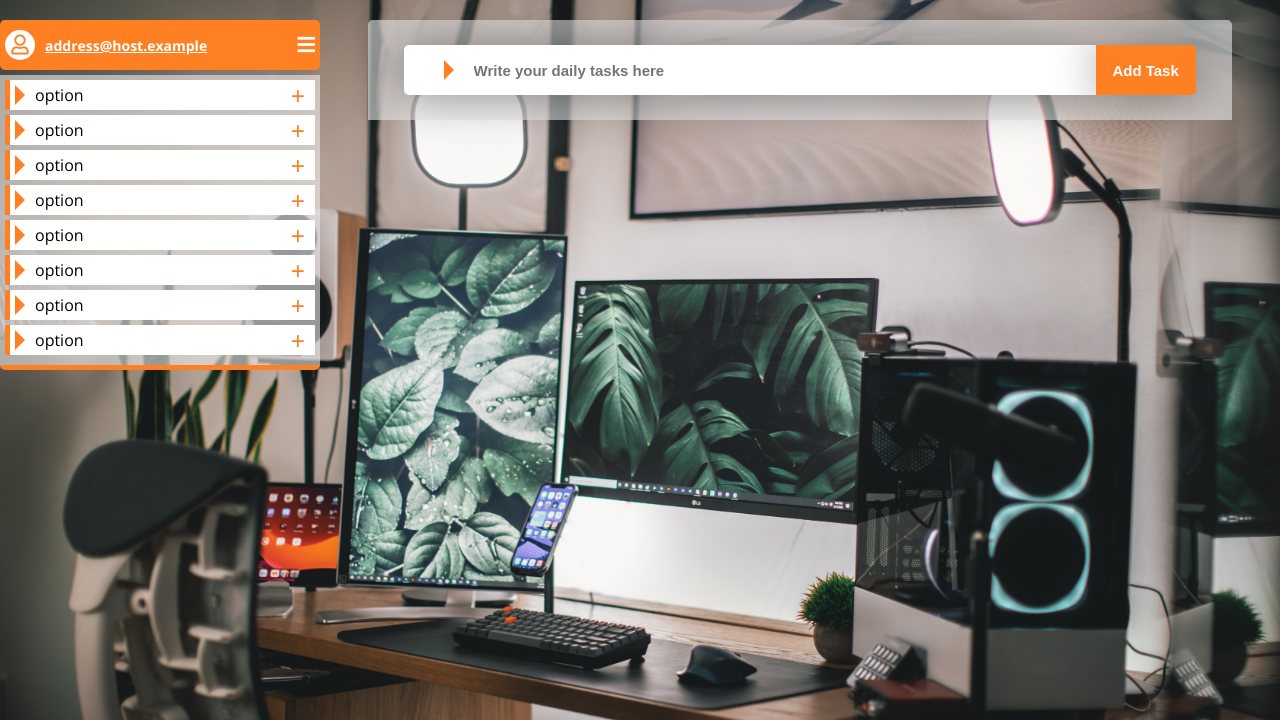
Repository: OmarEssameldinMousa/To-do-list-level01
Page: index.html
The author's editor kept a copy of each file at every save. The page is drawn from the files as they stood at one save, then again after the next save.
The browser window is 1280 px wide. The pictures show the whole page.

Above is the page before, as saved 2023-08-10 01:08:16.

### index.html
<!DOCTYPE html>
<html lang="en">

<head>
    <meta charset="UTF-8">
    <meta name="viewport" content="width=device-width, initial-scale=1.0">
    <title>ToDo</title>
    <link rel="stylesheet" href="main.css">
    <link rel="preconnect" href="https://fonts.gstatic.com" />
    <link rel="stylesheet" href="css/all.min.css">
    <link href="https://fonts.googleapis.com/css2?family=Open+Sans:wght@400;700&display=swap" rel="stylesheet" />
</head>

<body>
    <div class="dashboard">
        <div class="nav">
            <div class="navigation">
                <div class="profile">
                    <div class="profile-pic">
                        <i class="fa-regular fa-user"></i>
                    </div>
                    <h3>address@host.example</h3>
                    <i class="fa-solid fa-bars" style="color: #ffffff;"></i>
                </div>
                <ul>
                    <li>
                        <span class="toggle"></span>
                        <span class="title">option</span>
                        <i class="fa-solid fa-plus"></i>
                    </li>
                    <li>
                        <span class="toggle"></span>
                        <span class="title">option</span>
                        <i class="fa-solid fa-plus"></i>
                    </li>
                    <li>
                        <span class="toggle"></span>
                        <span class="title">option</span>
                        <i class="fa-solid fa-plus"></i>
                    </li>
                    <li>
                        <span class="toggle"></span>
                        <span class="title">option</span>
                        <i class="fa-solid fa-plus"></i>
                    </li>
                    <li>
                        <span class="toggle"></span>
                        <span class="title">option</span>
                        <i class="fa-solid fa-plus"></i>
                    </li>
                    <li>
                        <span class="toggle"></span>
                        <span class="title">option</span>
                        <i class="fa-solid fa-plus"></i>
                    </li>
                    <li>
                        <span class="toggle"></span>
                        <span class="title">option</span>
                        <i class="fa-solid fa-plus"></i>
                    </li>
                    <li>
                        <span class="toggle"></span>
                        <span class="title">option</span>
                        <i class="fa-solid fa-plus"></i>
                    </li>
                </ul>
            </div>
        </div>
        <div class="workstation">
            <div class="container">
                <div class="form">
                    <div>
                        <span></span>
                        <input type="text" class="input" placeholder="Write your daily tasks here">
                    </div>
                    <input type="submit" class="add" value="Add Task">
                </div>
                <!-- separator -->
                <div class="tasks">
                    <div class="tasks-numbers">

                    </div>
                    <div class="tasks-container">

                    </div>
                </div>
            </div>
        </div>
    </div>
    <script src="main.js"></script>
</body>

</html>

### main.css
:root {
    --main-color: rgba(235, 235, 235, 0.6);
    --secondery-color: #ff7f23;
}

* {
    -webkit-box-sizing: border-box;
    -moz-box-sizing: border-box;
    box-sizing: border-box;
    padding: 0;
    margin: 0;
}

body {
    font-family: "Open Sans", sans-serif;
    background-image: url(backgroundimage.jpg);
    background-repeat: no-repeat;
    background-size: cover;
    position: relative;
    height: 100%;
}


ul {
    list-style: none;
}


.dashboard {
    display: flex;
    height: 100%;
    width: 100%;
    column-gap: 0px;
}

.nav {
    width: 25%;
    height: 100%;
    position: relative;
    margin-top: 20px;
    border-radius: 5px;
}

.nav .navigation {
    height: 100%;
    width: 100%;
    position: relative;
}

.nav .navigation .profile {
    width: 100%;
    height: 50px;
    background-color: var(--secondery-color);
    display: flex;
    align-items: center;
    /* border-bottom: 5px solid white; */
    border-radius: 5px;
    position: relative;
}

.nav .navigation .profile .profile-pic {
    border-radius: 50%;
    background-color: white;
    height: 30px;
    width: 30px;
    display: flex;
    align-items: center;
    justify-content: center;
    margin-left: 5px;
}

.nav .navigation .profile i {
    font-size: 20px;
    color: var(--secondery-color);
}

.nav .navigation .profile h3 {
    font-size: 14px;
    padding-left: 10px;
    text-decoration: underline;
    color: white;
}

.nav .navigation ul {
    width: 100%;
    margin: auto;
    margin-top: 5px;
    padding: 5px;
    background: var(--main-color);
    border-bottom-left-radius: 5px;
    border-bottom-right-radius: 5px;
    border-bottom: 5px solid #ff7f23;
}

.nav .navigation ul li {
    padding: 5px;
    height: 30px;
    background-color: white;
    margin-bottom: 5px;
    border-radius: 1px;
    border-left: 5px solid #ff7f23;
    display: flex;
    align-items: center;
    transition: 0.3s;
}


.nav .navigation ul li:hover .toggle {
    padding-left: 10px;
}

.fa-solid.fa-plus {
    position: absolute;
    right: 15px;
    font-size: 25px;
    color: #ff7f23;
    font-weight: bold;
}

li .toggle {
    border: 10px solid var(--secondery-color);
    border-color: transparent transparent transparent #ff7f23;
    transition: 0.3s;
}

.workstation {
    height: 100%;
    position: relative;
    flex: 1;
}

.container {
    width: 100%;
    min-height: 50px;
    background-color: transparent;
    z-index: 1;
    position: absolute;
}

.container .form {
    width: 90%;
    height: 100px;
    background-color: var(--main-color);
    margin: 20px auto;
    border-top-right-radius: 5px;
    border-top-left-radius: 5px;
    text-align: center;
    position: relative;
    display: flex;
    justify-content: center;
    align-items: center;
}

.container .tasks {
    width: 90%;
    background-color: var(--main-color);
    margin: 20px auto;
    display: flex;
    border-bottom-left-radius: 5px;
    border-bottom-right-radius: 5px;
}

.container .form .input,
.container .form .add {
    display: block;
    height: 50px;
}

.container .form div {
    width: 80%;
    border-bottom-left-radius: 5px;
    border-top-left-radius: 5px;
    border: 0px solid;
    box-shadow: -5px 0 50px 0px #00000073;
    background-color: white;
    display: flex;
    justify-content: flex-end;
    align-items: center;
}

.container .form div span {
    border: 10px solid #ff7f23;
    border-color: transparent transparent transparent #ff7f23;
    margin-right: 10px;
}

.container .form div .input {
    outline: 0;
    font-size: 15px;
    border: 0px solid;
    font-weight: bold;
    width: 90%;
}

.container .form .add {
    width: 100px;
    border: 0px solid;
    background-color: #ff7f23;
    color: white;
    font-weight: bold;
    font-size: 15px;
    border-bottom-right-radius: 5px;
    border-top-right-radius: 5px;
    box-shadow: 5px 0 50px 0px #00000073;
}

.container .tasks .tasks-container {
    width: 80%;
    display: flex;
    flex-direction: column;
    align-items: center;
    align-content: center;
    flex: 1;
}

.container .tasks .tasks-container .task {
    width: 80%;
    height: 50px;
    border-radius: 5px;
    border: 0px solid;
    box-shadow: -5px 0 50px 0px #00000073;
    background-color: white;
    margin: 10px 0;
    position: relative;
    display: flex;
    align-items: center;
}

.container .tasks .tasks-container .task i {
    margin-left: 10px;
    margin-right: 10px;
    color: var(--secondery-color);
}


.container .tasks .tasks-container .task::after {
    content: "";
    width: 10%;
    height: 100%;
    background-color: #ff7f23;
    position: absolute;
    top: 0;
    left: 90%;
    z-index: 0;
    border-top-right-radius: 5px;
    border-bottom-right-radius: 5px;
}

.container .tasks .tasks-container .task i:first-of-type {
    position: absolute;
    right: 4%;
    top: 50%;
    transform: translateY(-50%);
    color: white;
    z-index: 1;
    font-size: 20px;
}

.container .tasks .tasks-container .task i:last-of-type {
    position: absolute;
    right: 0%;
    top: 50%;
    transform: translateY(-50%);
    color: white;
    z-index: 1;
    font-size: 20px;
}

.container .tasks .tasks-numbers {
    width: 50px;
    display: flex;
    align-items: center;
    flex-direction: column;
}


.tasks-numbers .repated-line-circle {
    width: 2px;
    height: 70px;
}

.tasks-numbers .line-circle {
    display: flex;
    flex-direction: column;
    width: 100%;
    height: 100%;
    justify-content: space-between;
    align-items: center;
}

.tasks-numbers .line-circle .upper-line {
    width: 100%;
    height: 40%;
    background-color: white;
}

.tasks-numbers .line-circle .circle {
    font-family: 'VT323', monospace;
    width: 20px;
    height: 20px;
    background-color: #ff7f23;
    border-radius: 50%;
    text-align: center;
    position: relative;
    transition: 0.3s;
    animation: gradient-animation 5s infinite alternate;
    border: 1px solid white;
}


.tasks-numbers .line-circle .circle p {
    position: absolute;
    left: 50%;
    top: 50%;
    transform: translate(-50%, -50%);
    font-size: 14px;
    color: white;
}

.line-circle .circle p a {
    text-decoration: none;
}

.tasks-numbers .line-circle .lower-line {
    width: 2px;
    height: 40%;
    background-color: white;
}

.nav .navigation .profile i.fa-solid.fa-bars {
    position: absolute;
    right: 5px;
}


@media (max-width: 767px) {
    body {
        background-image: none;
    }

    .dashboard {
        flex-direction: column;
    }

    .nav {
        margin-top: 0;
        width: 100% !important;
        height: 50px;
        z-index: 2;
    }

    .navigation {
        width: 100%;
        position: absolute;
        background-color: #ff7f23;
    }

    .nav .navigation ul {
        width: 100%;
        display: none;
        box-shadow: 0px 0 30px 0px #000000a9;
    }

    .nav .navigation ul li {
        border: none;
        border-bottom: 1px solid #ff7f23;
        margin: 0;
    }

    .navigation .footer {
        display: none;
    }

    .nav .navigation .profile i.fa-solid.fa-bars {
        display: inline-block;
    }

    .nav .navigation .profile i.fa-solid.fa-bars.second {
        display: none;
    }

}

/* Small */
@media (min-width: 768px) {}

/* Medium */
@media (min-width: 992px) {}

/* Large */
@media (min-width: 1200px) {}

### main.js
let counter = 1;
let counterarray = [];
let tasksDiv = document.querySelector(".tasks-container");
let tasksnumbersDiv = document.querySelector(".tasks-numbers");
let inputbox = document.querySelector(".input");
let inputboxValue = inputbox.value;
let inputbtn = document.querySelector(".add");
let idtentity = 0;
let list = [];
let menu_bars = document.querySelector("i.fa-solid.fa-bars")
let optionsul = document.querySelector(".nav .navigation ul")
let menu_bars2 = document.querySelector("i.fa-solid.fa-bars.second")
let navdiv = document.querySelector(".nav")

function createTaskDiv_NumberDiv() {
    if (inputbox.value != "") {
        let inputbox = document.querySelector(".input");
        let inputboxValue = inputbox.value;
        counterarray.push(counter);
        // craeting task divs
        let taskDiv = document.createElement("div");
        taskDiv.className = "task";
        let i1 = document.createElement("i");
        i1.className = "fa-regular fa-square-check";
        let i2 = document.createElement("i");
        i2.className = "fa-solid fa-clock";
        let i3 = document.createElement("i");
        i3.className = "fa-regular fa-trash-can";
        i3.setAttribute("index", counterarray.length - 1);
        let tasktitle = document.createElement("h4");
        tasktitle.innerHTML = inputboxValue;
        // nesting all childs under each parent
        tasksDiv.appendChild(taskDiv);
        taskDiv.appendChild(i1);
        taskDiv.appendChild(i2);
        taskDiv.appendChild(i3);
        taskDiv.appendChild(tasktitle);
        //creating the numbering divs
        let repatedlinecircleDiv = document.createElement("div");
        repatedlinecircleDiv.className = "repated-line-circle";
        let linecirclediv = document.createElement("div");
        linecirclediv.className = "line-circle";
        let upperlinediv = document.createElement("div");
        upperlinediv.className = "upper-line";
        let circlediv = document.createElement("div");
        circlediv.className = "circle";
        let circleparacontent = document.createElement("p");
        circleparacontent.innerHTML = `${counterarray.length}`;
        let lowerlinediv = document.createElement("div");
        lowerlinediv.className = "lower-line";
        //nesting all childs under each parent
        tasksnumbersDiv.appendChild(repatedlinecircleDiv);
        repatedlinecircleDiv.appendChild(linecirclediv);
        linecirclediv.appendChild(upperlinediv);
        linecirclediv.appendChild(circlediv);
        circlediv.appendChild(circleparacontent);
        linecirclediv.appendChild(lowerlinediv);
        // after adjustments
        list.push({ "id": idtentity, "title": inputbox.value, });
        window.localStorage.setItem("tasks", JSON.stringify(list));
        inputbox.value = "";
        counter++;
        idtentity++;
        inputbox.focus();
    }
}

inputbtn.addEventListener("click", createTaskDiv_NumberDiv);

document.addEventListener("click", function (e) {
    if (e.target.className === "fa-regular fa-trash-can") {
        let n = 1;
        // deleting from BOM - local storage
        let storedTasks = JSON.parse(window.localStorage.getItem("tasks"))
        storedTasks.filter(a => a.id != e.index);
        list = storedTasks;
        window.localStorage.clear()
        window.localStorage.setItem("tasks", JSON.stringify(storedTasks));
        // deleting from the DOM
        e.target.parentElement.parentElement.previousElementSibling.lastChild.remove();
        counterarray.pop();
        counter--;
        e.target.parentElement.remove();
        document.querySelectorAll(".circle p").forEach(element => {
            element.innerHTML = n;
            n++;
        });
    }
})

menu_bars.addEventListener("click", function () {
    if (optionsul.style.display == "block") {
        optionsul.style.display = "none"
    } else {
        optionsul.style.display = "block"
    }
})

Loaded but not shown: css/all.min.css (library)

After the next save:
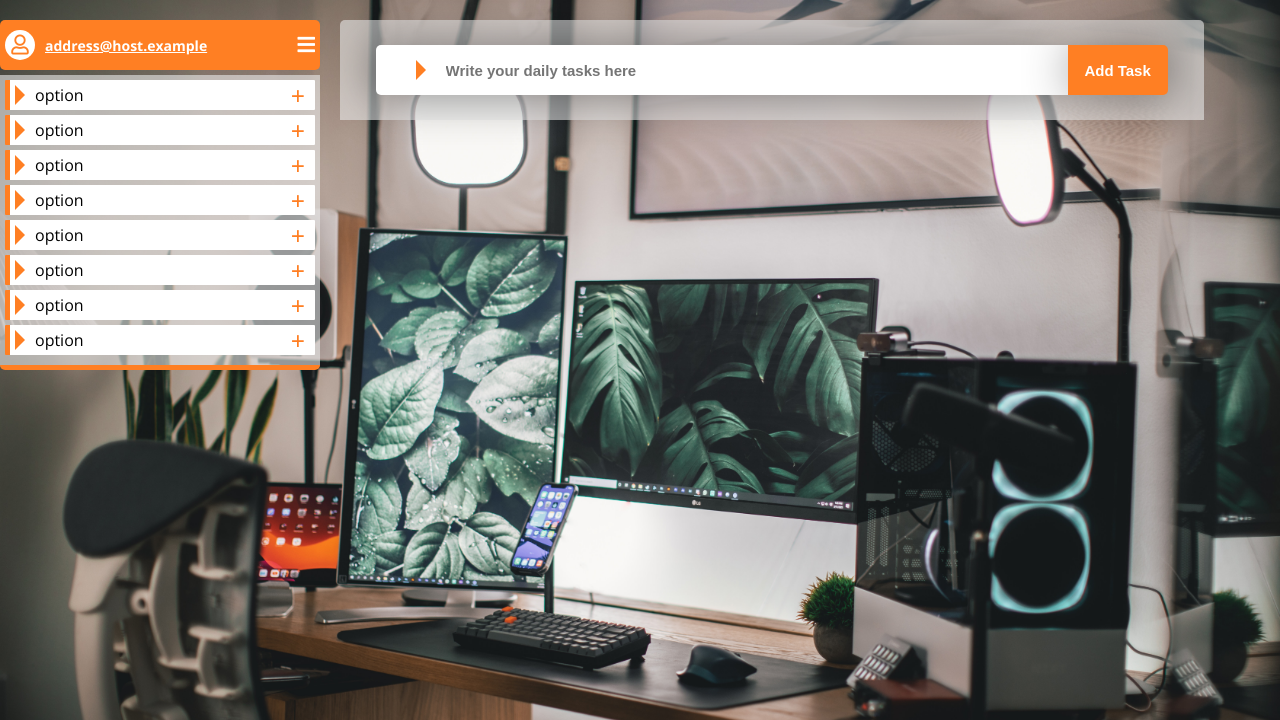
Saved 104 s later.
--- a/main.css
+++ b/main.css
@@ -141,7 +141,7 @@
     width: 90%;
     height: 100px;
     background-color: var(--main-color);
-    margin: 20px auto;
+    margin: 20px 20px;
     border-top-right-radius: 5px;
     border-top-left-radius: 5px;
     text-align: center;

After the save that followed:
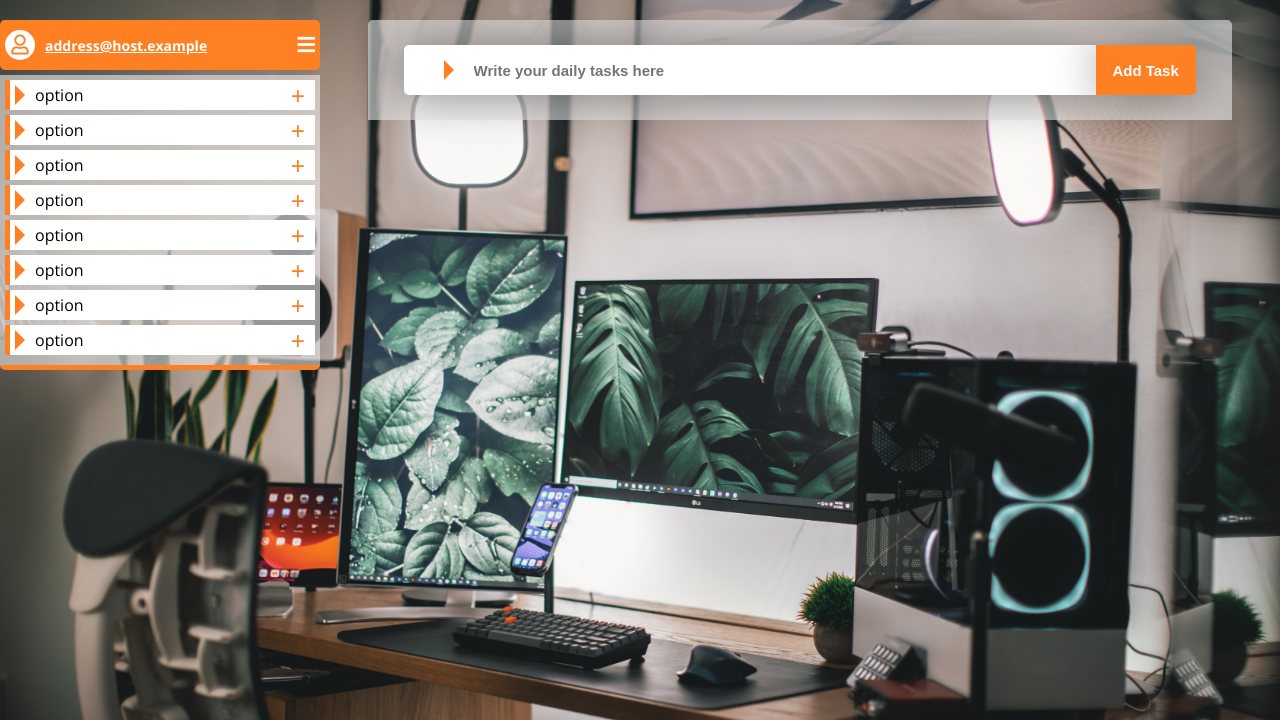
Saved 17 s later.
--- a/main.css
+++ b/main.css
@@ -141,7 +141,7 @@
     width: 90%;
     height: 100px;
     background-color: var(--main-color);
-    margin: 20px 20px;
+    margin: 20px auto;
     border-top-right-radius: 5px;
     border-top-left-radius: 5px;
     text-align: center;
